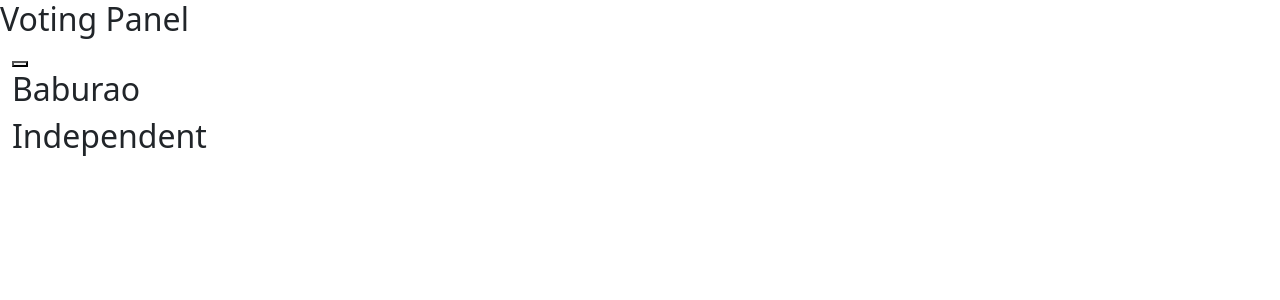
Repository: DavidManiIbrahim/Voting-app
Page: panel.html
These files come from the project's save history. The page is drawn as it stood at one moment and after a run of saves; the edit follows.
The browser window is 1280 px wide. The pictures show the whole page.

Above is the page before, as saved 2025-01-20 05:16:15.

### panel.html
<!DOCTYPE html>
<html lang="en">
<head>
    <meta charset="UTF-8">
    <meta name="viewport" content="width=device-width, initial-scale=1.0">
    <title>Voting Panel</title>
    <link rel="stylesheet" href="./bootstrap.css">
</head>
<body>

<h2>Voting Panel</h2>

    <div class="container-fluid">
        <button></button>
        <h2 class="accor">Baburao</h2>
        <h2>Independent</h2>

        <img src="" alt="">
        <img src="" alt="">
    </div>








<script src="./bootstrap.min.js"></script>
</body>
</html>

Loaded but not shown: bootstrap.css (library); bootstrap.min.js (library)

After the next 2 saves:
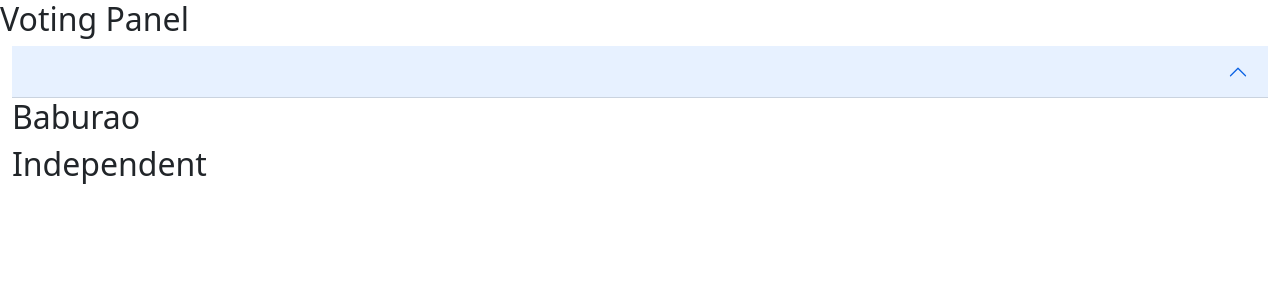
The 2 saves are shown as one change because they came seconds apart.
The last was saved 9 s later.
--- a/panel.html
+++ b/panel.html
@@ -11,7 +11,7 @@
 <h2>Voting Panel</h2>
 
     <div class="container-fluid">
-        <button></button>
+        <button class="accordion-button"></button>
         <h2 class="accor">Baburao</h2>
         <h2>Independent</h2>
 
